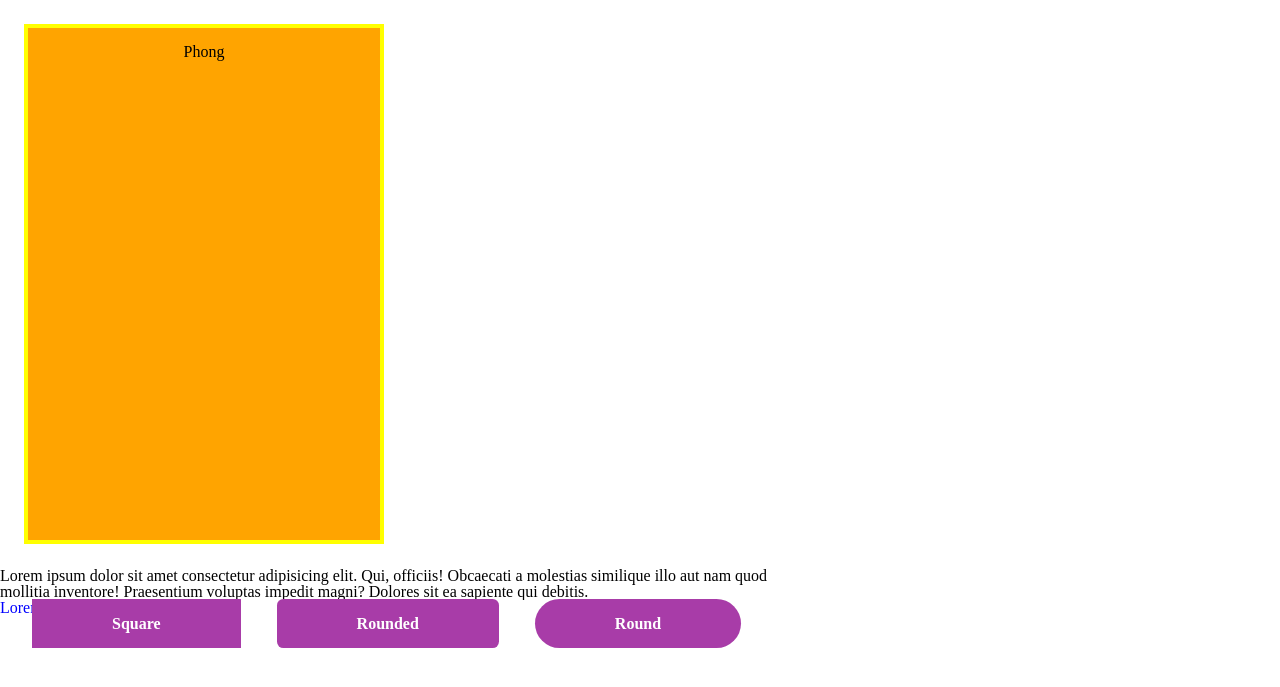
Repository: ThanhPhongsof/Css-Course
Page: index.html
An editor plug-in stored every save of this project. The page is shown before and after the next save, followed by the edit.
The browser window is 1280 px wide. The pictures show the whole page.
The pointer rests on the first visible `.button`.

Above is the page before, as saved 2022-05-15 10:51:42.

### index.html
<!DOCTYPE html>
<html lang="en">
  <head>
    <meta charset="UTF-8" />
    <meta http-equiv="X-UA-Compatible" content="IE=edge" />
    <meta name="viewport" content="width=device-width, initial-scale=1.0" />
    <title>Document</title>
    <link rel="stylesheet" href="./reset.css" />
    <link rel="stylesheet" href="./styles.css" />
  </head>
  <body>
    <div class="box">Phong</div>
    <div class="text3">
      Lorem ipsum dolor sit amet consectetur adipisicing elit. Qui, officiis!
      Obcaecati a molestias similique illo aut nam quod mollitia inventore!
      Praesentium voluptas impedit magni? Dolores sit ea sapiente qui debitis.
    </div>
    <div class="text1">
      Lorem, ipsum dolor sit amet consectetur adipisicing elit. Iure quasi
      inventore deleniti blanditiis obcaecati modi? Nulla voluptatibus laborum
      enim velit quae quibusdam. Quibusdam neque cupiditate iure, rem quam
      beatae natus.
    </div>
    <!-- <div class="background"></div> -->
    <!-- <img src="/unsplash1.jpg" alt="" class="image" /> -->
    <div class="group-button">
      <a class="button button--square">Square</a>
      <a class="button button--rounded">Rounded</a>
      <a class="button button--round">Round</a>
    </div>
  </body>
</html>

### styles.css
.box {
  width: 20rem;
  height: 30rem;
  background-color: #ffa400;
  color: #000;
  border: 4px solid yellow;
  padding: 1rem;
  margin: 1.5rem;
  text-align: center;
}
.text3 {
  max-width: 50rem;
  display: -webkit-box;
  -webkit-box-orient: vertical;
  -webkit-line-clamp: 3;
  overflow: hidden;
  text-overflow: ellipsis;
}
.text1 {
  max-width: 10rem;
  white-space: nowrap;
  overflow: hidden;
  text-overflow: ellipsis;
  color: blue;
}
.background {
  width: 100vw;
  height: 100vh;
  background: url("/unsplash1.jpg") no-repeat center right/ cover;
}

.image {
  width: 40rem;
  height: 40rem;
  border-radius: 50%;
  object-fit: cover;
}

.button {
  background-color: rgb(168, 60, 168);
  color: white;
  font-weight: 600;
  padding: 1rem 5rem;
  outline: none;
  text-align: center;
  text-decoration: none;
  margin-left: 2rem;
}

.button--rounded {
  border-radius: 0.4rem;
}
.button--round {
  border-radius: 2rem;
}

Loaded but not shown: reset.css (common file)

After the next save:
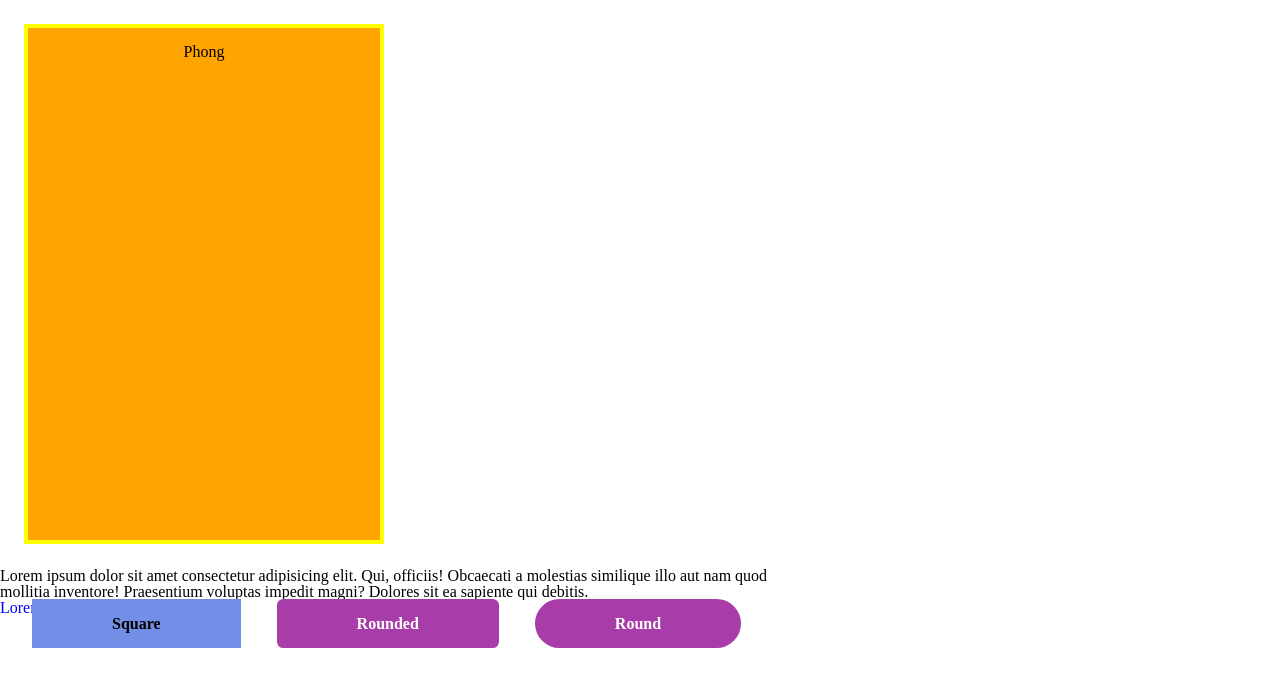
Saved 72 s later.
--- a/styles.css
+++ b/styles.css
@@ -53,3 +53,8 @@
 .button--round {
   border-radius: 2rem;
 }
+
+.button:hover {
+  background-color: rgb(115, 142, 230);
+  color: black;
+}
